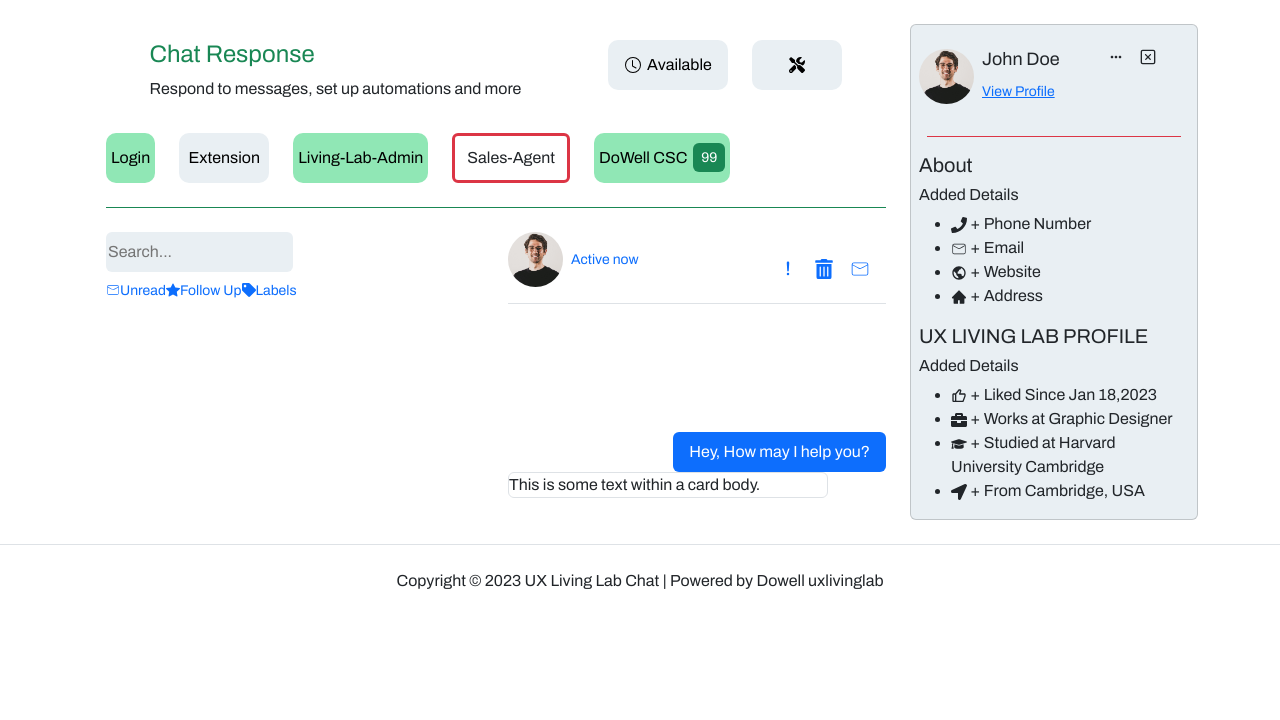
Repository: uh-sman/UX-Living-Lab-Chat
Page: /
The author's editor kept a copy of each file at every save. The page is drawn from the files as they stood at one save, then again after the next save.
The browser window is 1280 px wide. The pictures show the whole page.
The project was rebuilt for these pictures with package versions that can differ from the ones it lists, and the page was loaded fresh each time.

Above is the page before, as saved 2023-05-10 19:07:20.

### public/index.html
<!DOCTYPE html>
<html lang="en">
  <head>
    <meta charset="utf-8" />
    <link rel="icon" href="%PUBLIC_URL%/favicon.ico" />
    <meta name="viewport" content="width=device-width, initial-scale=1" />
    <meta name="theme-color" content="#000000" />
    <meta
      name="description"
      content="Web site created using create-react-app"
    />
    <link rel="apple-touch-icon" href="%PUBLIC_URL%/logo192.png" />
    <!--
      manifest.json provides metadata used when your web app is installed on a
      user's mobile device or desktop. See https://developers.google.com/web/fundamentals/web-app-manifest/
    -->
    <link rel="manifest" href="%PUBLIC_URL%/manifest.json" />
    <!-- font awsome CDN -->

    <link
      rel="stylesheet"
      href="https://cdn.jsdelivr.net/npm/@fortawesome/fontawesome-free@6.2.1/css/fontawesome.min.css"
      integrity="sha384-QYIZto+st3yW+o8+5OHfT6S482Zsvz2WfOzpFSXMF9zqeLcFV0/wlZpMtyFcZALm"
      crossorigin="anonymous"
    />
    <!--
      Notice the use of %PUBLIC_URL% in the tags above.
      It will be replaced with the URL of the `public` folder during the build.
      Only files inside the `public` folder can be referenced from the HTML.

      Unlike "/favicon.ico" or "favicon.ico", "%PUBLIC_URL%/favicon.ico" will
      work correctly both with client-side routing and a non-root public URL.
      Learn how to configure a non-root public URL by running `npm run build`.
    -->
    <title>React App</title>
  </head>
  <body>
    <noscript>You need to enable JavaScript to run this app.</noscript>
    <div id="root"></div>
    <!--
      This HTML file is a template.
      If you open it directly in the browser, you will see an empty page.

      You can add webfonts, meta tags, or analytics to this file.
      The build step will place the bundled scripts into the <body> tag.

      To begin the development, run `npm start` or `yarn start`.
      To create a production bundle, use `npm run build` or `yarn build`.
    -->
  </body>
</html>

### src/index.css
* {
  text-decoration: none;
}

### src/App.js
import "./App.css";
import "bootstrap/dist/css/bootstrap.min.css";
import "bootstrap/dist/js/bootstrap.bundle.min";
import Container from "./container";
import Footer from "./container/Footer";
function App() {
  return (
    <div className="App">
      <Container />
      <Footer />
    </div>
  );
}

export default App;

### src/App.css
@import url("https://fonts.googleapis.com/css2?family=Archivo&display=swap");
:root {
  --header-color: #0d7813;
  /* --button-color :#00000;
  --button-color :#90E7B5; */
  --bg-color: #e9eff3;
  /* #90E7B5 */

  --font: "Archivo", sans-serif;
}

* {
  text-decoration: none;
  /* list-style: none; */
  font-family: "Archivo", sans-serif;
}

.body {
  font-family: "Archivo", sans-serif;
}
.header {
  color: var(--header-color);
  font-family: "Archivo", sans-serif;
}
.button {
  display: flex;
  align-items: center;
  background: var(--bg-color);
  justify-content: center;
  height: 50px;
  width: 120px;
  gap: 6px;
  border: none;
  border-radius: 10px;
}
.button2 {
  display: flex;
  align-items: center;
  background: var(--bg-color);
  justify-content: center;
  height: 50px;
  width: 90px;
  gap: 6px;
  border: none;
  border-radius: 10px;
}
.button3 {
  display: flex;
  font-weight: 500;
  align-items: center;
  background: #90e7b5;
  justify-content: center;
  height: contain;
  min-width: contain;
  padding: 0px 5px;
  gap: 6px;
  border: none;
  border-radius: 10px;
}
.button4 {
  display: flex;
  align-items: center;
  background: #ff9898;
  justify-content: center;
  height: 50px;
  max-width: contain;
  padding: 0px 5px;
  gap: 6px;
  border: none;
  border-radius: 10px;
}
.image-style {
  width: 55px;
  height: 55px;
  border-radius: 500px;
}
.cardBody {
  background-color: var(--bg-color);
}
.input {
  border: var(--bg-color);
  /* align-items: ; */
  outline: none;
  background: var(--bg-color);
}

### src/container/index.js
import React from "react";
import ChatSection from "./ChatSection";
import DetailsSection from "./DetailsSection";
const Container = () => {
  return (
    <div className="container">
      <div className="d-flex justify-content-around my-4">
        <ChatSection />
        <div className="d-hidden d-md-block">
          <DetailsSection />
        </div>
      </div>
    </div>
  );
};

export default Container;

### src/container/Footer.jsx
import React from "react";

const Footer = () => {
  return (
    <div className=" border-top">
      <div className="d-flex justify-content-center my-4">
        <div className="d-flex align-items-center">
          <p>
            Copyright &copy; 2023 UX Living Lab Chat | Powered by Dowell
            uxlivinglab
          </p>
        </div>
      </div>
    </div>
  );
};

export default Footer;

### src/container/ChatSection.js
import React from "react";
import ChatHeader from "./ChatItems/ChatHeader";
import ProfileHead from "./Chats/message/ProfileHead";
import SearchBar from "./Chats/SearchBar";

const ChatSection = () => {
  return (
    <div className="container">
      <ChatHeader />
      {/* chats come here */}
      <div className="d-flex  flex-column flex-md-column flex-lg-row flex-xl-row flex-xxl-row my-2">
        <SearchBar />
        <ProfileHead />
      </div>
    </div>
  );
};

export default ChatSection;

### src/container/DetailsSection.jsx
import React from "react";
import user from "../assets/user.jpg";
import AboutDetails from "./Details/AboutDetails";
import DetailsSectionButton from "./DetailsSectionButton";
const DetailsSection = ({ title, about }) => {
  return (
    <div className="d-none d-md-block d-lg-block d-xl-block">
      <div
        className="card"
        style={{ width: "18rem", backgroundColor: "#e9eff3" }}
      >
        <div className="mx-2">
          <div className="d-flex gap-5 mt-4 ">
            <figure className="d-flex gap-2">
              <img src={user} className=" image-style" />
              <div className="">
                <h4 className="body fw-bold" style={{ fontSize: "18px" }}>
                  {title}
                </h4>
                <a href="" className="fw-bold" style={{ fontSize: "14px" }}>
                  View Profile
                </a>
              </div>
            </figure>
            <DetailsSectionButton />
          </div>
          <div className="border-bottom border-danger mx-2 my-3"></div>
          <div className=""></div>
          {/* DETAILS */}
          <AboutDetails />
        </div>
      </div>
    </div>
  );
};
DetailsSection.defaultProps = {
  title: "John Doe",
  about: "About",
};

export default DetailsSection;

### src/container/ChatItems/ChatHeader.jsx
import React from "react";
import Buttons from "./Buttons";
import HeaderButtons from "./HeaderButtons";

const ChatHeader = ({ title, caption }) => {
  return (
    <div className="container">
      <div className=" d-flex justify-content-around my-3">
        <header>
          <h1 className="header fs-4 fw-bold text-success">{title}</h1>
          <p className="fw-medium  Header-font">{caption}</p>
        </header>
        <HeaderButtons />
      </div>
      <Buttons />
      <div className="border-bottom border-success my-4"></div>
    </div>
  );
};

export default ChatHeader;
ChatHeader.defaultProps = {
  title: "Chat Response",
  caption: "Respond to messages, set up automations and more",
};

### src/container/Chats/message/ProfileHead.jsx
import React from "react";
import { FaTrashAlt } from "react-icons/fa";
import user from "../../../assets/user.jpg";
import ChatIcons from "./ChatIcons";
import Message from "./Message";
const ProfileHead = () => {
  return (
    <div className="container overflow-y-scroll">
      <div className="d-flex justify-content-between  align-items-center border-bottom">
        <figure className="d-flex gap-2 align-items-center">
          <img src={user} className=" image-style" />
          <div className="">
            {/* Status active now if true show active */}
            <small className="text-primary">Active now</small>
          </div>
        </figure>
        <ChatIcons />
      </div>
      <Message />
    </div>
  );
};

export default ProfileHead;

### src/container/Chats/SearchBar.jsx
import React from "react";
import { FaSearch } from "react-icons/fa";
import Icons from "./Icons";
// BsStarFill;
const SearchBar = () => {
  return (
    <div className="container">
      <div className="overflow-y-scroll">
        <form>
          <input
            className="input rounded bi bi-search py-2"
            placeholder="Search..."
          />
          {/* <i className="bi bi-search"></i> */}
        </form>
        <Icons />
      </div>
    </div>
  );
};

export default SearchBar;

### src/container/Details/AboutDetails.jsx
import React from "react";
import {
  FaPhone,
  FaBriefcase,
  FaGraduationCap,
  FaLocationArrow,
} from "react-icons/fa";
import { CiMail } from "react-icons/ci";
import { BiWorld, BiLike } from "react-icons/bi";
import { AiFillHome } from "react-icons/ai";
const AboutDetails = ({ title, ux }) => {
  const data = [
    {
      phone: "Phone Number",
      email: "Email",
      web: "Website",
    },
  ];
  return (
    <div>
      <div className="">
        <h5>{title}</h5>
        <main>
          <h6>Added Details</h6>
          <div className="">
            <ul>
              <li>
                <FaPhone /> + Phone Number
              </li>
              <li>
                <CiMail /> + Email
              </li>
              <li>
                <BiWorld /> + Website
              </li>
              <li>
                <AiFillHome /> + Address
              </li>
            </ul>
          </div>
        </main>
      </div>
      <div className="">
        <h5>{ux}</h5>
        <main>
          <h6>Added Details</h6>
          <div className="">
            <ul>
              <li>
                <BiLike /> + Liked Since Jan 18,2023
                {/* date from the api */}
              </li>
              <li>
                <FaBriefcase /> + Works at Graphic Designer
              </li>
              <li>
                <FaGraduationCap /> + Studied at Harvard University Cambridge
                {/* Place of work from the api */}
              </li>
              <li>
                <FaLocationArrow /> + From Cambridge, USA
              </li>
            </ul>
          </div>
        </main>
      </div>
    </div>
  );
};

export default AboutDetails;

AboutDetails.defaultProps = {
  title: "About",
  ux: "UX LIVING LAB PROFILE",
};

### src/container/DetailsSectionButton.jsx
import React from "react";
import { MdOutlineMoreHoriz } from "react-icons/md";
import { CgCloseR } from "react-icons/cg";
const DetailsSectionButton = () => {
  return (
    <div>
      <div className="d-flex gap-3">
        <MdOutlineMoreHoriz />
        <CgCloseR />
      </div>
    </div>
  );
};

export default DetailsSectionButton;

### src/container/ChatItems/Buttons.jsx
import React from "react";

const Buttons = () => {
  return (
    <div className="d-flex gap-4 overflow-x-auto">
      <button type="button" className=" button3">
        Login
      </button>
      <button type="button" className=" button2">
        Extension
      </button>
      <button type="button" className=" button3">
        Living-Lab-Admin
      </button>
      <button type="button" className="btn border-danger border-3">
        Sales-Agent
      </button>
      <button type="button" className="button3">
        DoWell CSC
        <small className="bg-success text-white px-2 py-1 rounded">
          {"99"}
        </small>
      </button>
    </div>
  );
};

export default Buttons;

### src/container/ChatItems/HeaderButtons.jsx
import React from "react";
import { BsClock } from "react-icons/bs";
import { FaTools } from "react-icons/fa";
const HeaderButtons = () => {
  return (
    <div className="d-flex gap-4">
      <button type="button" className="button">
        <BsClock className="" />
        Available
      </button>
      <button type="button" className="button2">
        <FaTools />
      </button>
    </div>
  );
};

export default HeaderButtons;

### src/container/Chats/message/ChatIcons.jsx
import React from "react";
import { FaTrashAlt } from "react-icons/fa";
import { BsExclamationLg } from "react-icons/bs";
import { CiMail } from "react-icons/ci";
const ChatIcons = () => {
  return (
    <div className="mx-3">
      <div className="d-flex gap-3">
        <small className="text-primary fs-5"></small>
        <small className="text-primary fs-5">
          <BsExclamationLg />
        </small>
        <small className="text-primary fs-5">
          <FaTrashAlt />
        </small>

        <small className="text-primary fs-5">
          <CiMail />
        </small>
      </div>
    </div>
  );
};

export default ChatIcons;

### src/container/Chats/message/Message.jsx
import React, { useState } from "react";
import ReplyChat from "./ReplyChat";

const Message = () => {
  const [message, setMessage] = useState(true);
  return (
    <div className="">
      <div className="d-flex justify-content-end ">
        {message ? (
          <div
            className="bg-primary text-white rounded d-flex align-items-center align-self-end"
            style={{
              width: "auto",
              height: "40px",
              listStyle: "none",
              marginTop: "8rem",
            }}
          >
            <li className="mx-3">Hey, How may I help you? </li>
          </div>
        ) : null}
      </div>
      <ReplyChat />
    </div>
  );
};

export default Message;

### src/container/Chats/Icons.jsx
import React from "react";
import { CiMail } from "react-icons/ci";
import { BsStarFill } from "react-icons/bs";
import { FaTag } from "react-icons/fa";
const Icons = () => {
  return (
    <div>
      <div className="d-flex text-primary my-2">
        <small className="d-flex align-items-center">
          <CiMail /> Unread
        </small>
        <small className="d-flex align-items-center">
          <BsStarFill /> Follow Up
        </small>
        <small className="d-flex align-items-center">
          <FaTag />
          Labels
        </small>
      </div>
    </div>
  );
};

export default Icons;

### src/container/Chats/message/ReplyChat.jsx
import React from "react";

const ReplyChat = () => {
  return (
    <div>
      <div class="border rounded" style={{ width: "20rem" }}>
        <div class="card-body">This is some text within a card body.</div>
      </div>
    </div>
  );
};

export default ReplyChat;

Loaded but not shown: src/index.js (common file)

After the next save:
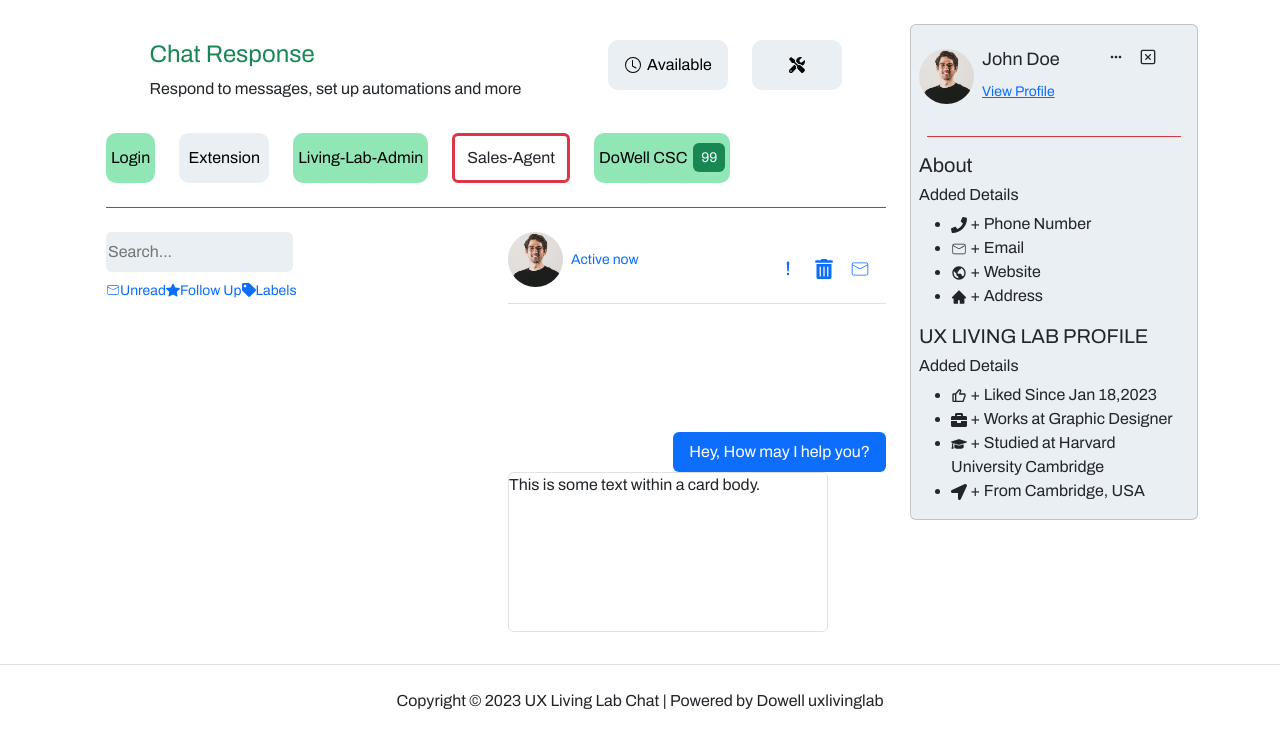
Saved 46 s later.
--- a/src/container/Chats/message/ReplyChat.jsx
+++ b/src/container/Chats/message/ReplyChat.jsx
@@ -3,7 +3,7 @@ import React from "react";
 const ReplyChat = () => {
   return (
     <div>
-      <div class="border rounded" style={{ width: "20rem" }}>
+      <div class="border rounded" style={{ width: "20rem", height: "10rem" }}>
         <div class="card-body">This is some text within a card body.</div>
       </div>
     </div>
